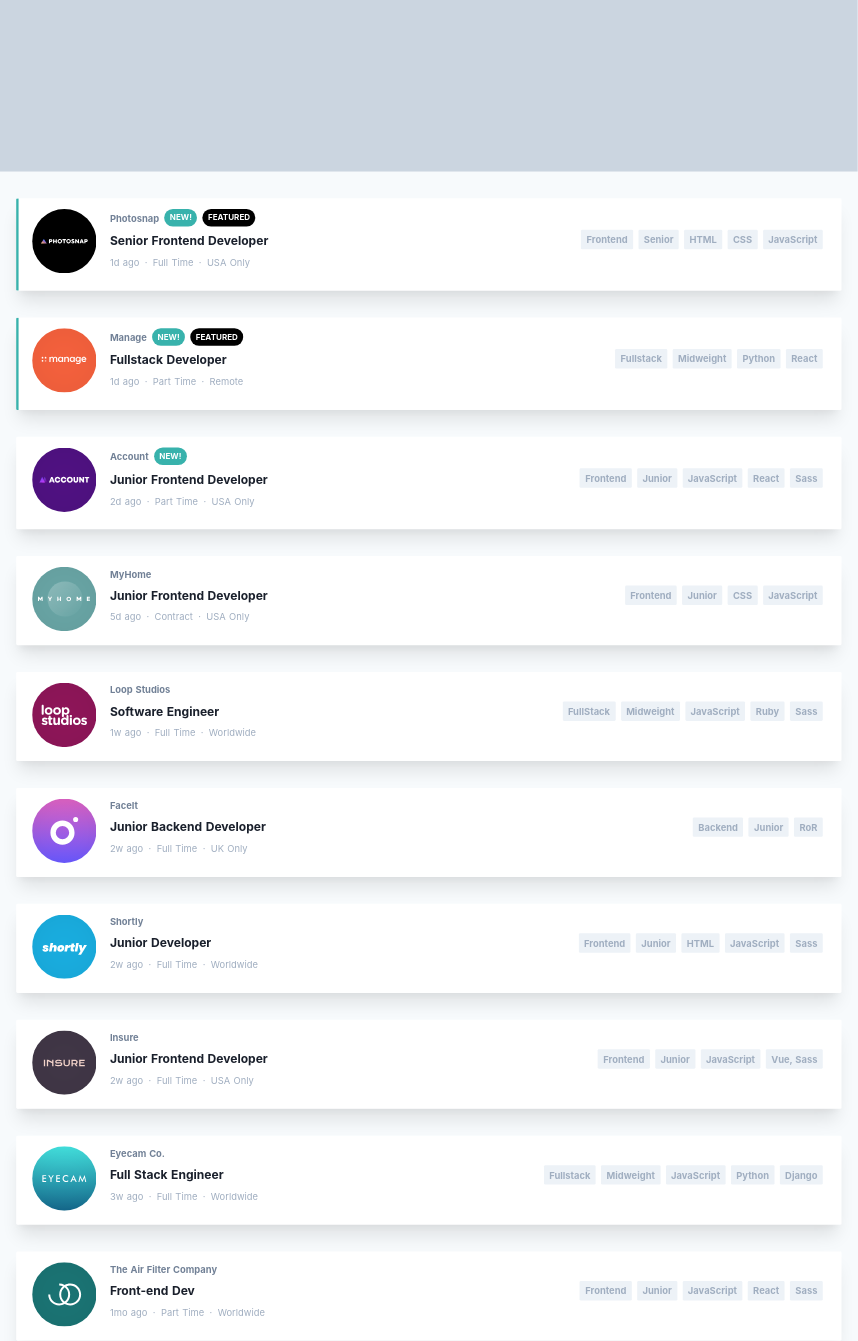
Repository: asongdon/frontendmentor-joblisting
Page: /
An editor plug-in stored every save of this project. The page is shown before and after a run of saves, followed by the edit.
The browser window is 1280 px wide. The pictures show the whole page, at 67% of full size.
The project was rebuilt for these pictures with package versions that can differ from the ones it lists, and the page was loaded fresh each time. The framework's server and built-in components were replaced by stand-ins that run in the browser. Also part of the build but not shown: nuxt.config.js.

Above is the page before, as saved 2020-04-12 22:39:28.

### layouts/default.vue
<template>
  <div class="h-screen">
    <Header/>
    <nuxt />
  </div>
</template>

<script>
import Header from '@/components/Header.vue'

export default {
  components: {
    Header
  },
}
</script>

<style>
html {
  font-family: 'Inter', -apple-system, BlinkMacSystemFont, 'Segoe UI',
    Roboto, 'Helvetica Neue', Arial, sans-serif;
  font-size: 16px;
  word-spacing: 1px;
  -ms-text-size-adjust: 100%;
  -webkit-text-size-adjust: 100%;
  -moz-osx-font-smoothing: grayscale;
  -webkit-font-smoothing: antialiased;
  box-sizing: border-box;
  @apply bg-gray-100;
}

*,
*:before,
*:after {
  box-sizing: border-box;
  margin: 0;
}

.button--green {
  display: inline-block;
  border-radius: 4px;
  border: 1px solid #3b8070;
  color: #3b8070;
  text-decoration: none;
  padding: 10px 30px;
}

.button--green:hover {
  color: #fff;
  background-color: #3b8070;
}

.button--grey {
  display: inline-block;
  border-radius: 4px;
  border: 1px solid #35495e;
  color: #35495e;
  text-decoration: none;
  padding: 10px 30px;
  margin-left: 15px;
}

.button--grey:hover {
  color: #fff;
  background-color: #35495e;
}
</style>

### pages/index.vue
<template>
  <div class="mt-10">
    <div class="container mx-auto px-6" v-for="item in data" :key="item.id">
      <Maincard
        :logo="item.logo"
        :company="item.company"
        :newStatus="item.new"
        :featured="item.featured"
        :position="item.position"
        :postedAt="item.postedAt"
        :contract="item.contract"
        :location="item.location"
        :languages="item.languages"
        :tools="item.tools"
        :level="item.level"
        :role="item.role"
      />
    </div>
  </div>
</template>

<script>
import Maincard from '@/components/Maincard'
import data from '@/static/data/data.json'

export default {
  components: {
    Maincard
  },
  data() {
    return {
      data
    }
  }
}
</script>

<style>
/* Sample `apply` at-rules with Tailwind CSS
.container {
  @apply min-h-screen flex justify-center items-center text-center mx-auto;
}
*/
</style>

### components/Header.vue
<template>
  <div class="w-full h-32 bg-gray-400 lg:h-64"></div>
</template>

<script>
export default {}
</script>

<style></style>

### components/Maincard.vue
<template>
  <div
    class="flex flex-col lg:flex-row lg:justify-between flex-no-wrap rounded-sm px-5 bg-white shadow-xl py-4 mb-10 border-l-4 border-white"
    :class="{ 'border-l-4': featured, 'border-teal-500': featured }"
  >
    <div class="lg:flex lg:justify-between">
      <!-- Logo -->
      <div class="-mt-10 mb-2 lg:mt-0 lg:mb-0 lg:mr-5">
        <img class="w-12 lg:w-24" :src="'/logos/' + logo" alt="" />
      </div>
      <!-- End Logo -->

      <!-- Info -->
      <div>
        <div class="flex items-center">
          <div class="text-sm font-bold text-gray-600 lg:text-md">
            {{ company }}
          </div>
          <div class="flex text-xs font-bold">
            <div
              v-if="newStatus"
              class=" bg-teal-500 text-white rounded-full px-2 py-1 uppercase ml-2"
            >
              New!
            </div>
            <div
              v-if="featured"
              class="bg-black text-white rounded-full px-2 py-1 uppercase ml-2"
            >
              Featured
            </div>
          </div>
        </div>

        <div class="mt-2 font-bold text-gray-900 lg:text-lg">
          {{ position }}
        </div>

        <div
          class="flex text-xs mt-2 mb-4 text-gray-500 border-b border-gray-200 pb-4 lg:border-0 lg:mb-0 lg:text-sm"
        >
          <div class="mr-2">{{ postedAt }}</div>
          <div class="mr-2">·</div>
          <div class="mr-2">{{ contract }}</div>
          <div class="mr-2">·</div>
          <div>{{ location }}</div>
        </div>
      </div>
    </div>
    <!-- End Info -->

    <!-- Tags -->
    <div class="flex flex-wrap justify-start lg:justify-end lg:items-center">
      <div
        class="px-2 py-1 bg-gray-200 text-gray-500 rounded-sm font-bold mr-2 mb-4 text-sm"
      >
        {{ role }}
      </div>
      <div
        class="px-2 py-1 bg-gray-200 text-gray-500 rounded-sm font-bold mr-2 mb-4 text-sm"
      >
        {{ level }}
      </div>
      <div
        v-for="tag in languages"
        :key="tag.id"
        class="px-2 py-1 bg-gray-200 text-gray-500 rounded-sm font-bold mr-2 mb-4 text-sm"
      >
        {{ tag }}
      </div>
      <div
        v-for="tool in tools"
        :key="tool.id"
        class="px-2 py-1 bg-gray-200 text-gray-500 rounded-sm font-bold mr-2 mb-4 text-sm"
      >
        {{ tool }}
      </div>
    </div>
    <!-- End Tags -->
  </div>
</template>

<script>
export default {
  props: {
    logo: String,
    company: String,
    newStatus: Boolean,
    featured: Boolean,
    position: String,
    postedAt: String,
    contract: String,
    location: String,
    languages: Array,
    tools: Array,
    level: String,
    role: String
  }
}
</script>

<style></style>

### static/data/data.json
[
  {
    "id": 1,
    "company": "Photosnap",
    "logo": "photosnap.svg",
    "new": true,
    "featured": true,
    "position": "Senior Frontend Developer",
    "role": "Frontend",
    "level": "Senior",
    "postedAt": "1d ago",
    "contract": "Full Time",
    "location": "USA Only",
    "languages": ["HTML", "CSS", "JavaScript"]
  },
  {
    "id": 2,
    "company": "Manage",
    "logo": "manage.svg",
    "new": true,
    "featured": true,
    "position": "Fullstack Developer",
    "role": "Fullstack",
    "level": "Midweight",
    "postedAt": "1d ago",
    "contract": "Part Time",
    "location": "Remote",
    "languages": ["Python"],
    "tools": ["React"]
  },
  {
    "id": 3,
    "company": "Account",
    "logo": "account.svg",
    "new": true,
    "featured": false,
    "position": "Junior Frontend Developer",
    "role": "Frontend",
    "level": "Junior",
    "postedAt": "2d ago",
    "contract": "Part Time",
    "location": "USA Only",
    "languages": ["JavaScript"],
    "tools": ["React", "Sass"]
  },
  {
    "id": 4,
    "company": "MyHome",
    "logo": "myhome.svg",
    "new": false,
    "featured": false,
    "position": "Junior Frontend Developer",
    "role": "Frontend",
    "level": "Junior",
    "postedAt": "5d ago",
    "contract": "Contract",
    "location": "USA Only",
    "languages": ["CSS", "JavaScript"]
  },
  {
    "id": 5,
    "company": "Loop Studios",
    "logo": "loop-studios.svg",
    "new": false,
    "featured": false,
    "position": "Software Engineer",
    "role": "FullStack",
    "level": "Midweight",
    "postedAt": "1w ago",
    "contract": "Full Time",
    "location": "Worldwide",
    "languages": ["JavaScript"],
    "tools": ["Ruby", "Sass"]
  },
  {
    "id": 6,
    "company": "FaceIt",
    "logo": "faceit.svg",
    "new": false,
    "featured": false,
    "position": "Junior Backend Developer",
    "role": "Backend",
    "level": "Junior",
    "postedAt": "2w ago",
    "contract": "Full Time",
    "location": "UK Only",
    "tools": ["RoR"]
  },
  {
    "id": 7,
    "company": "Shortly",
    "logo": "shortly.svg",
    "new": false,
    "featured": false,
    "position": "Junior Developer",
    "role": "Frontend",
    "level": "Junior",
    "postedAt": "2w ago",
    "contract": "Full Time",
    "location": "Worldwide",
    "languages": ["HTML", "JavaScript"],
    "tools": ["Sass"]
  },
  {
    "id": 8,
    "company": "Insure",
    "logo": "insure.svg",
    "new": false,
    "featured": false,
    "position": "Junior Frontend Developer",
    "role": "Frontend",
    "level": "Junior",
    "postedAt": "2w ago",
    "contract": "Full Time",
    "location": "USA Only",
    "languages": ["JavaScript"],
    "tools": ["Vue, Sass"]
  },
  {
    "id": 9,
    "company": "Eyecam Co.",
    "logo": "eyecam-co.svg",
    "new": false,
    "featured": false,
    "position": "Full Stack Engineer",
    "role": "Fullstack",
    "level": "Midweight",
    "postedAt": "3w ago",
    "contract": "Full Time",
    "location": "Worldwide",
    "languages": ["JavaScript", "Python"],
    "tools": ["Django"]
  },
  {
    "id": 10,
    "company": "The Air Filter Company",
    "logo": "the-air-filter-company.svg",
    "new": false,
    "featured": false,
    "position": "Front-end Dev",
    "role": "Frontend",
    "level": "Junior",
    "postedAt": "1mo ago",
    "contract": "Part Time",
    "location": "Worldwide",
    "languages": ["JavaScript"],
    "tools": ["React", "Sass"]
  }
]

Loaded but not shown: assets/css/tailwind.css (common file); tailwind.config.js (common file); store/filter.js (no copy from this time; the picture is the same without it); store/index.js (no copy from this time; the picture is the same without it)

After the next 2 saves:
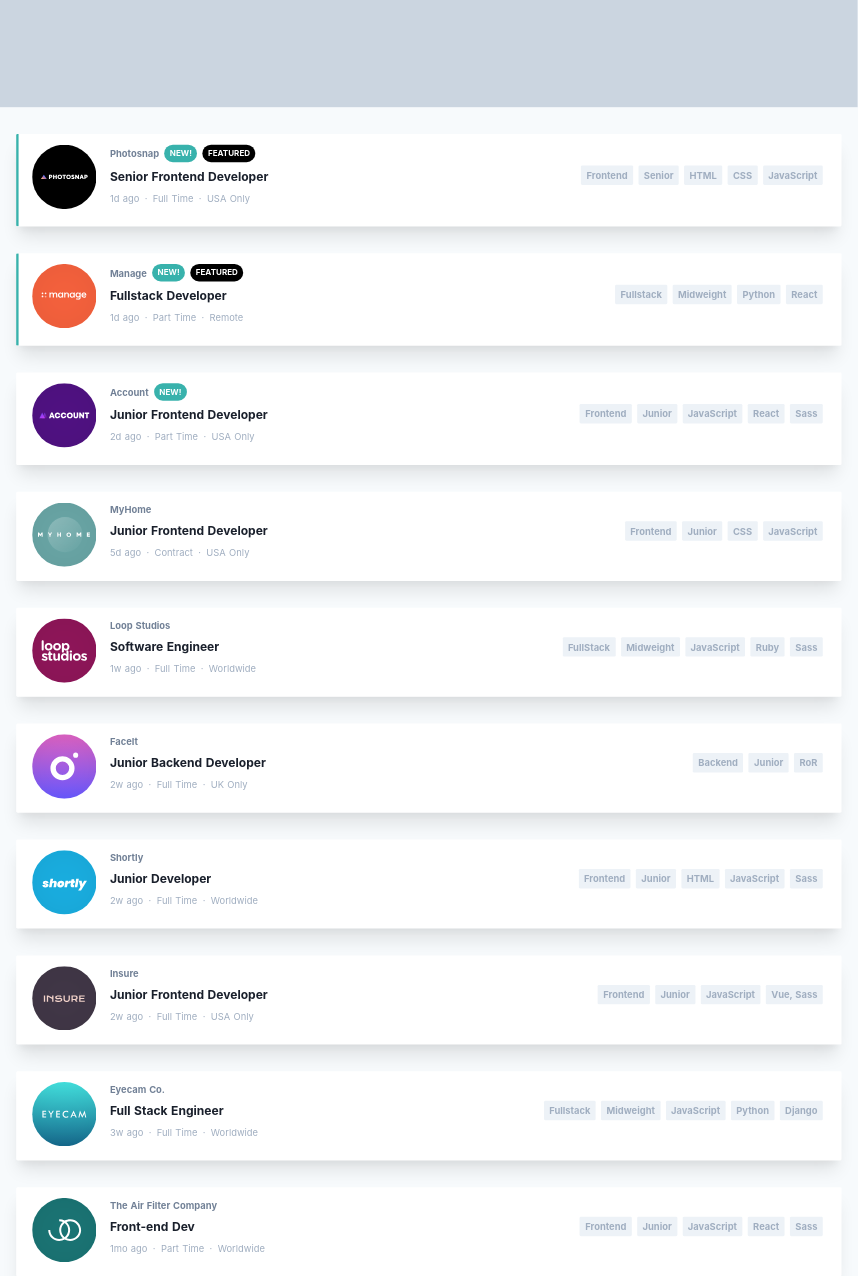
The 2 saves are shown as one change because they came seconds apart.
The last was saved 7 s later.
--- a/components/Header.vue
+++ b/components/Header.vue
@@ -1,5 +1,5 @@
 <template>
-  <div class="w-full h-32 bg-gray-400 lg:h-64"></div>
+  <div class="w-full h-32 bg-gray-400 lg:h-40"></div>
 </template>
 
 <script>
